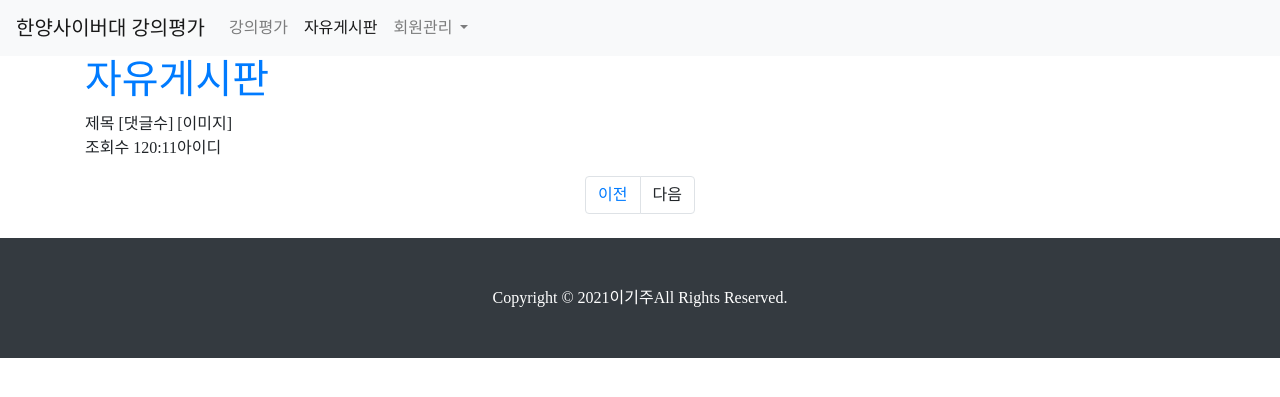
Repository: lkjjjang/hycu
Page: http://localhost/hycujjang/mobile.jsp
The author's editor kept a copy of each file at every save. The page is drawn from the files as they stood at one save, then again after the next save.
The browser window is 1280 px wide. The pictures show the whole page.
Some web fonts or font styles are not loaded; a fallback is used. The page is served by Tomcat 9. Nobody is signed in. The application's start-up code is not run. Other server files are loaded and not shown. The template is opened directly, without the code that normally fills it, so the values that code supplies are empty.

Above is the page before, as saved 2022-01-02 08:38:46.

### hycujjang/WebContent/mobile.jsp
<%@ page language="java" contentType="text/html; charset=UTF-8"
    pageEncoding="UTF-8"%>
<%@ page import="java.util.ArrayList" %>
<%@ page import="java.net.URLEncoder" %>
<%@ page import="java.io.PrintWriter" %>
<%@ taglib prefix="c" uri="http://java.sun.com/jsp/jstl/core"%>
<%@ taglib prefix="fmt" uri="http://java.sun.com/jsp/jstl/fmt"%>

<!DOCTYPE html>
<html>
<head>
	<meta charset="UTF-8">
	<meta name="viewport" content="width=device-width, initial-scale=1, shrink-to-fit=no">
	<title>한양사이버대 강의평가</title>
	<!-- 부트스트랩 CSS 추가하기 -->
	<link rel="stylesheet"
			href="https://stackpath.bootstrapcdn.com/bootstrap/4.4.1/css/bootstrap.min.css"
			integrity="sha384-Vkoo8x4CGsO3+Hhxv8T/Q5PaXtkKtu6ug5TOeNV6gBiFeWPGFN9MuhOf23Q9Ifjh"
			crossorigin="anonymous">
	<!-- 커스텀 CSS 추가하기 -->
	<link rel="stylesheet" href="./css/custom.css">
</head>
<body>
	<nav class="navbar navbar-expand-md navbar-light bg-light">
		<a class="navbar-brand" href="index.jsp">한양사이버대 강의평가</a>
		<button class="navbar-toggler" type="button" data-toggle="collapse" data-target="#navbar">
			<span class="navbar-toggler-icon"></span>
		</button>
		<div id="navbar" class="collapse navbar-collapse">
			<ul class="navbar-nav mr-auto">
				<li class="nav-item">
					<a class="nav-link" href="lectureBoardController?pageNumber=1">강의평가</a>
				</li>
				<li class="nav-item active">
					<a class="nav-link" href="freeBoardController?pageNumber=1">자유게시판</a>
				</li>
				<li class="nav-item dropdown">
					<a class="nav-link dropdown-toggle" id="dropdown" data-toggle="dropdown" href="index.jsp">
						회원관리
					</a>
					<div class="dropdown-menu" aria-labelledby="dropdown">
						<a class="dropdown-item" href="logout.jsp">로그아웃</a>
					</div>
				</li>
			</ul>
		</div>
	</nav>

	<div class="container">
		<h1>
    		<a class="ed link-primary text-bold title-underline" href="freeBoardController?pageNumber=1">자유게시판</a>
  		</h1>
  		<div class="container">
  			<div class="row">
	  			<div >
	  				제목 [댓글수] [이미지]
	  			</div>
  			</div>
  			<div class="row">
  				<div>
	  				조회수 1
	  			</div>
	  			<div>
	  				20:11
	  			</div>
	  			<div>
	  				아이디
	  			</div>
  			</div>
  		</div>
  		<!--
  		${userID == 'admin'} 세션에 있는 유저 아이디
  		넘어오는 목록${freeBBS}
  		<c:if test="${userID == 'admin'}">
			<input type="checkbox" name="delCheck_id" id="delCheck_id" value="${freeBBS.bbsID}">
		</c:if>
		${freeBBS.bbsID}
		<a href="freeBoardDetailController?id=${freeBBS.bbsID}">${freeBBS.bbsTitle}</a>

  		${freeBBS.nickName}
  		${freeBBS.bbsHit}
  		${freeBBS.bbsDate}

  		-->







		<!-- 페이지번호 출력 -->
		<!-- 파라미터로 들어오는 페이지 번호를 이용해 startNum값을 구함 -->
		<div>
			<c:set var="page" value="${(param.pageNumber == null) ? 1 : param.pageNumber}"></c:set>
			<c:set var="startNum" value="${page - (page - 1) % 5}"></c:set>
			<c:set var="lastNum" value="${listCount}"></c:set>

			<ul class="pagination justify-content-center mt-3">
				<c:if test="${param.pageNumber == 1}">
					<li class="page-item"><a class="page-link" onclick="alert('이전 페이지가 없습니다.');">이전</a></li>
				</c:if>
				<c:if test="${param.pageNumber != 1}">
					<li class="page-item"><a class="page-link" href="freeBoardController?pageNumber=${param.pageNumber - 1}">이전</a></li>
				</c:if>

				<c:forEach var="i" begin="0" end="4">
					<c:if test="${(startNum + i) <= lastNum}">
						<c:if test="${param.pageNumber == (startNum + i)}">
							<li class="page-item active"><a class="page-link" href="freeBoardController?pageNumber=${startNum + i}">${startNum + i}</a></li>
						</c:if>
						<c:if test="${param.pageNumber != (startNum + i)}">
							<li class="page-item"><a class="page-link" href="freeBoardController?pageNumber=${startNum + i}">${startNum + i}</a></li>
						</c:if>
					</c:if>
				</c:forEach>

				<c:if test="${param.pageNumber == lastNum}">
					<li class="page-item"><a class="page-link" onclick="alert('다음 페이지가 없습니다.');">다음</a></li>
				</c:if>
				<c:if test="${param.pageNumber != lastNum}">
					<li class="page-item"><a class="page-link" href="freeBoardController?pageNumber=${param.pageNumber + 1}">다음</a></li>
				</c:if>
			</ul>
		</div>
	</div>

	<footer class="bg-dark mt-4 p-5 text-center" style="color: #FFFFFF;">
		Copyright &copy; 2021이기주All Rights Reserved.
	</footer>
	<script src="https://code.jquery.com/jquery-3.6.0.js"
  			integrity="sha256-H+K7U5CnXl1h5ywQfKtSj8PCmoN9aaq30gDh27Xc0jk="
  			crossorigin="anonymous">
	</script>
	<script src="https://cdn.jsdelivr.net/npm/popper.js@1.16.0/dist/umd/popper.min.js"
			integrity="sha384-Q6E9RHvbIyZFJoft+2mJbHaEWldlvI9IOYy5n3zV9zzTtmI3UksdQRVvoxMfooAo"
			crossorigin="anonymous">
	</script>
	<script src="https://maxcdn.bootstrapcdn.com/bootstrap/4.0.0/js/bootstrap.min.js"
			integrity="sha384-JZR6Spejh4U02d8jOt6vLEHfe/JQGiRRSQQxSfFWpi1MquVdAyjUar5+76PVCmYl"
			crossorigin="anonymous">
	</script>
	<script type="text/javascript">
		function guestWrite() {
			alert('게스트 계정은 글작성이 불가능 합니다.');
		}
	</script>
	<script type="text/javascript">
		function deleteAll() {
			var checkList = document.getElementsByName('delCheck_id');
			var checkedList = new Array();
			var count = 0;
			for (var i = 0; i < checkList.length; i++) {
				if (checkList[i].checked == true) {
					count++;
					checkedList[i] = checkList[i].value;
				}
			}

			if (count == 0) {
				alert('선택사항이 없습니다.');
				return;
			}

			var data = new Array();
			for (var i = 0; i < checkedList.length; i++) {
				if (checkedList[i] != null) {
					var dataTemp = new Object();
					dataTemp.id = checkedList[i];
					data.push(dataTemp);
				}
			}

			$.ajax({
				type: "post",
				url: "freeBoardDeleteController",
				data: JSON.stringify(data),
				contentType: "application/json; charset=utf-8",
				dataType: "json",

				success: function(json) {
					if (json[0].resultCode == 'ok') {
						alert('삭제 되었습니다.');
					} else {
						alert('데이터베이스 오류 입니다.');
					}
					location.reload();
				},
				error: function(json) {
					alert('시스템 오류 입니다.')
				}
			});
		}
	</script>
	<script type="text/javascript">
		function select(tagID) {
			var id = tagID.id;
			var checkList = document.getElementsByName('delCheck_id');
			for (var i = 0; i < checkList.length; i++) {
				if (id == 'selectAll') {
					checkList[i].checked = true;
				} else {
					checkList[i].checked = false;
				}
			}

			if (id == 'selectAll') {
				changeId('cancel', '선택해제');
			} else {
				changeId('selectAll', '전체선택');
			}
		}

		function changeId(id, text)  {
			  const btnElement = document.getElementById('checkList');
			  btnElement.innerHTML = '<button class="btn btn-primary" id="' + id + '" onclick="select(this)">'+ text +'</button>' +
			  							'<button class="btn btn-danger" id="deleteAll" onclick="deleteAll()">선택삭제</button>';
		}
	</script>
</body>
</html>

### hycujjang/WebContent/css/custom.css
@import url(https://fonts.googleapis.com/earlyaccess/jejugothic.css);
@import url(https://fonts.googleapis.com/css2?family=Nanum+Gothic&display=swap);
.navbar-brand, h1, h2, h3, h4 {
	font-family: 'Jeju Gothic';
}
h5 {
	font-family: 'Jeju Gothic';
	font-size: 18px;
}
body {
	font-family: 'Nanum Gothic';
}

After the next save:
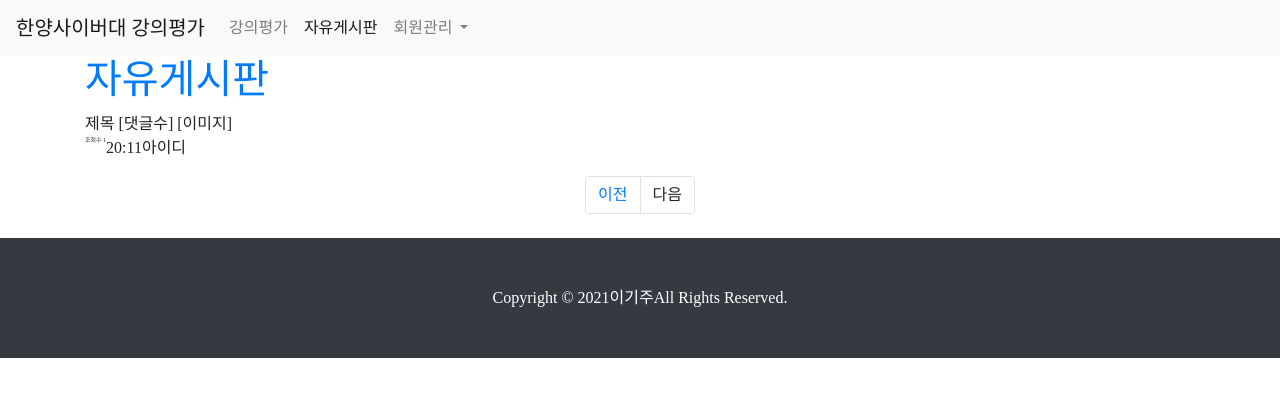
Saved 117 s later.
--- a/hycujjang/WebContent/mobile.jsp
+++ b/hycujjang/WebContent/mobile.jsp
@@ -57,7 +57,7 @@
 	  			</div>
   			</div>
   			<div class="row">
-  				<div>
+  				<div style="font-size: 6px;">
 	  				조회수 1
 	  			</div>
 	  			<div>
